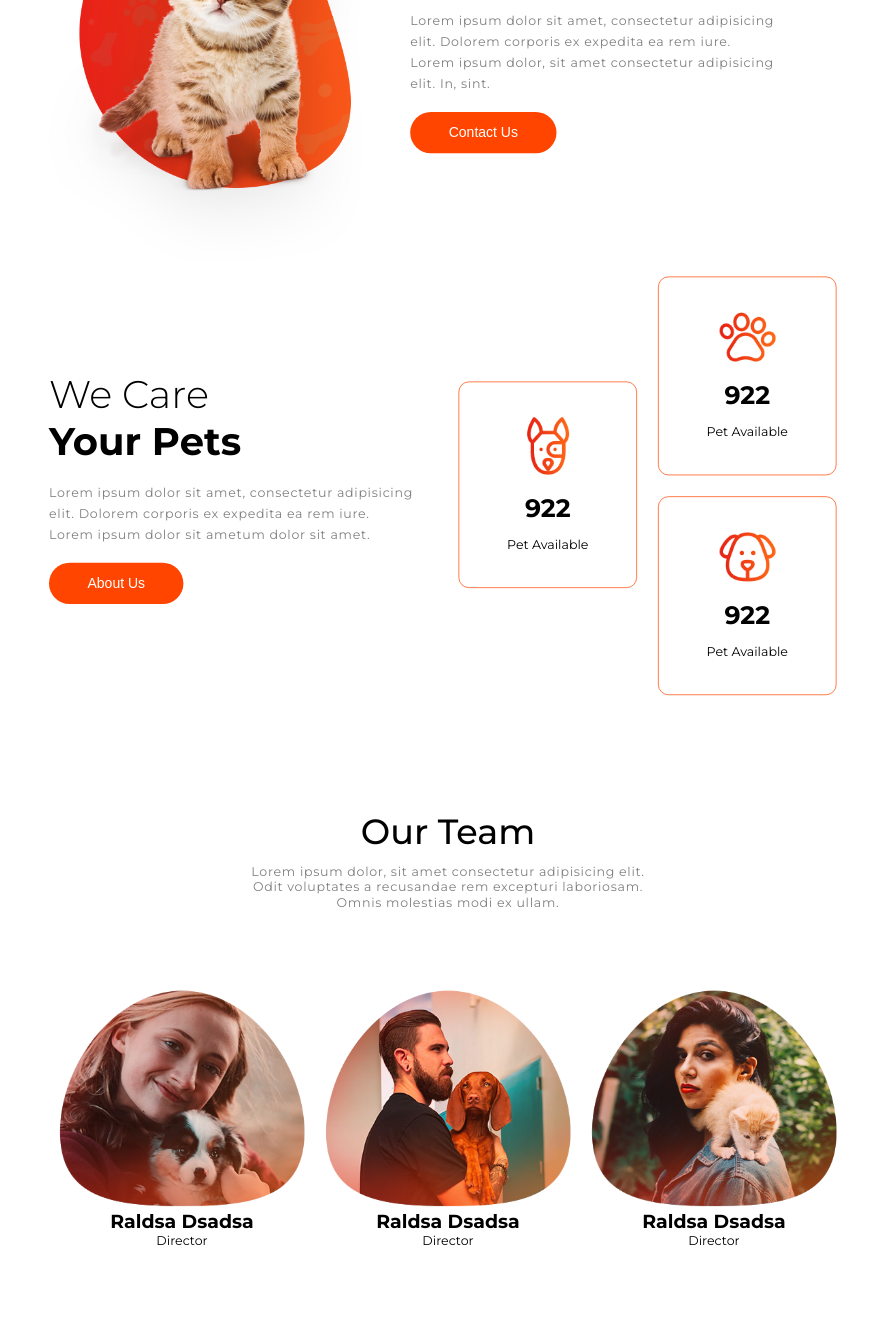
Repository: giahuy405/Day_2_Anipat
Page: index.html
The author's editor kept a copy of each file at every save. The page is drawn from the files as they stood at one save, then again after the next save.
The browser window is 1280 px wide. The pictures show the part of the page from y = 1960 to 3880 px (the page is 3878 px tall before and 3880 px after), at 70% of full size.

Above is the page before, as saved 2022-09-09 00:03:12.

After the next save:
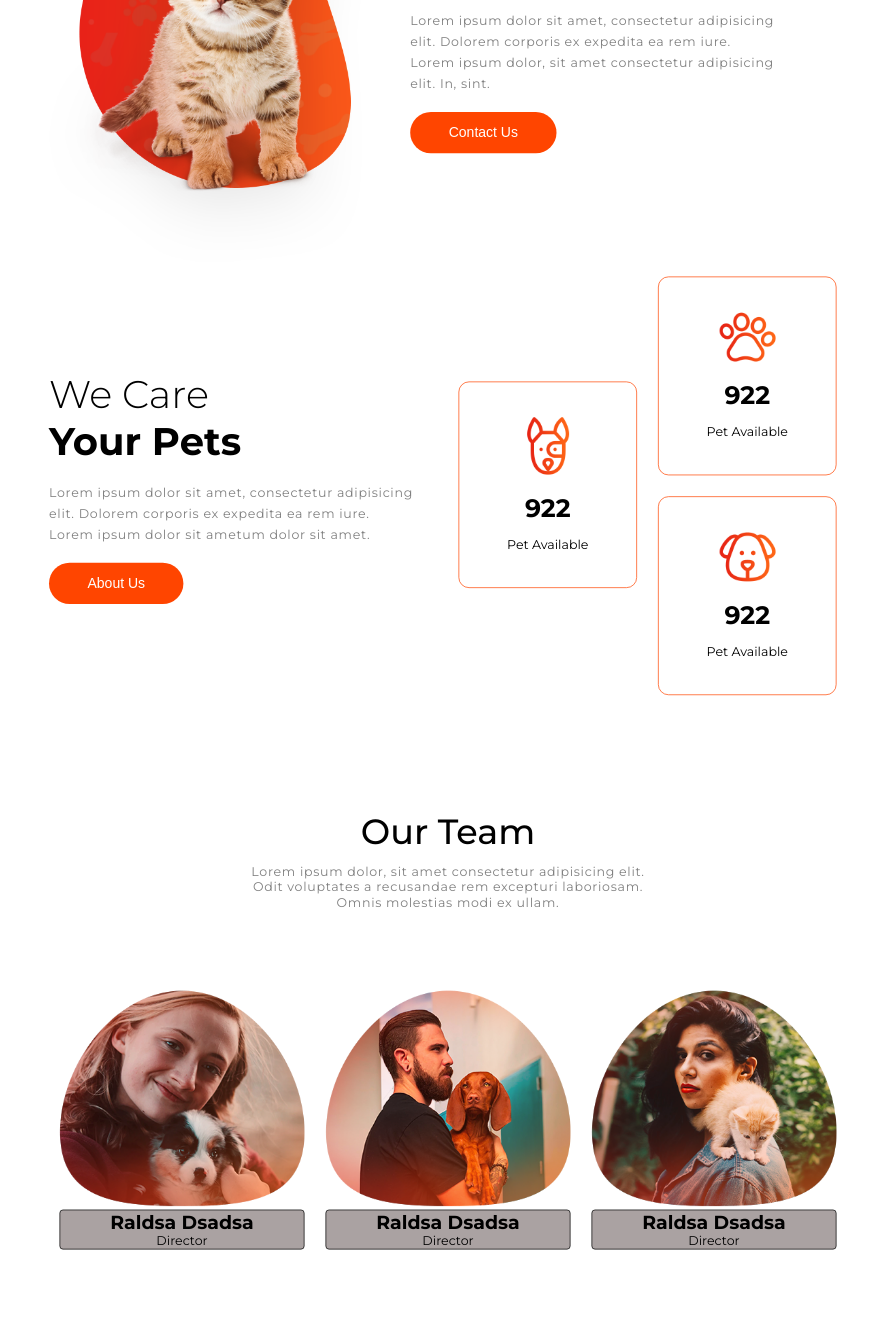
Saved 47 s later.
--- a/css/index.css
+++ b/css/index.css
@@ -263,3 +263,8 @@ html{
 .team__card img{
     width: 100%;
 }
+.team__content{
+    border: 1px solid black;
+    border-radius: 5px;
+    background-color: rgb(170, 162, 162);
+}
